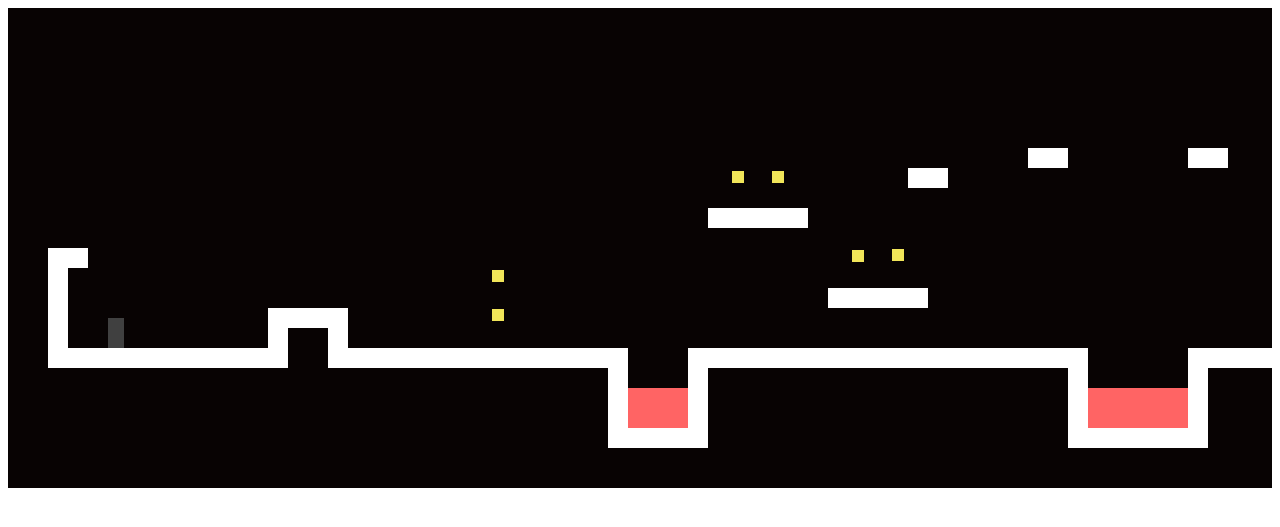
Repository: luccas-teddy/examenlucas
Page: index.html
These files come from the project's save history. The page is drawn as it stood at one moment and after the next save; the edit follows.
The browser window is 1280 px wide. The pictures show the whole page.

Above is the page before, as saved 2021-02-11 22:05:34.

### index.html
<!doctype html>
<script src="code/chapter/16_game.js"></script>
<script src="code/levels.js"></script>

<link rel="stylesheet" href="css/game.css">

<body>
  <script>
    runGame(GAME_LEVELS, DOMDisplay);
  </script>
</body>

### code/levels.js
var GAME_LEVELS = [`
................................................................................
................................................................................
................................................................................
................................................................................
................................................................................
................................................................................
..................................................................###...........
...................................................##......##....##+##..........
....................................o.o......##..................#+++#..........
.................................................................##+##..........
...................................#####..........................#v#...........
............................................................................##..
..##......................................o.o................................#..
..#.....................o....................................................#..
..#......................................#####.............................o.#..
..#..........####.......o....................................................#..
..#..@.......#..#................................................#####.......#..
..############..###############...####################.....#######...#########..
..............................#...#..................#.....#....................
..............................#+++#..................#+++++#....................
..............................#+++#..................#+++++#....................
..............................#####..................#######....................
................................................................................
................................................................................
`,`
................................................................................
................................................................................
....###############################.............................................
...##.............................##########################################....
...#.......................................................................##...
...#....o...................................................................#...
...#................................................=.......................#...
...#.o........################...................o..o...........|........o..#...
...#.........................#..............................................#...
...#....o....................##########.....###################....##########...
...#..................................#+++++#.................#....#............
...###############....oo......=o.o.o..#######.###############.#....#............
.....#...............o..o.............#.......#......#........#....#............
.....#....................#############..######.####.#.########....########.....
.....#.............########..............#...........#.#..................#.....
.....#..........####......####...#####################.#..................#.....
.....#........###............###.......................########....########.....
.....#.......##................#########################......#....#............
.....#.......#................................................#....#............
.....###......................................................#....#............
.......#...............o...........................................#............
.......#...............................................o...........#............
.......#########......###.....############.........................##...........
.............#..................#........#####....#######.o.........########....
.............#++++++++++++++++++#............#....#.....#..................#....
.............#++++++++++++++++++#..........###....###...####.o.............#....
.............####################..........#........#......#.....|.........#....
...........................................#++++++++#......####............#....
...........................................#++++++++#.........#........@...#....
...........................................#++++++++#.........##############....
...........................................##########...........................
................................................................................
`,`
......................................#++#........................#######....................................#+#..
......................................#++#.....................####.....####.................................#+#..
......................................#++##########...........##...........##................................#+#..
......................................##++++++++++##.........##.............##...............................#+#..
.......................................##########++#.........#....................................o...o...o..#+#..
................................................##+#.........#.....o...o....................................##+#..
.................................................#+#.........#................................###############++#..
.................................................#v#.........#.....#...#........................++++++++++++++##..
.............................................................##..|...|...|..##............#####################...
..............................................................##+++++++++++##............v........................
...............................................................####+++++####......................................
...............................................#.....#............#######........###.........###..................
...............................................#.....#...........................#.#.........#.#..................
...............................................#.....#.............................#.........#....................
...............................................#.....#.............................##........#....................
...............................................##....#.............................#.........#....................
...............................................#.....#......o..o.....#...#.........#.........#....................
...............#######........###...###........#.....#...............#...#.........#.........#....................
..............##.....##.........#...#..........#.....#.....######....#...#...#########.......#....................
.............##.......##........#.o.#..........#....##...............#...#...#...............#....................
.....@.......#.........#........#...#..........#.....#...............#...#...#...............#....................
....###......#.........#........#...#..........#.....#...............#...#####...######......#....................
....#.#......#.........#.......##.o.##.........#.....#...............#.....o.....#.#.........#....................
++++#.#++++++#.........#++++++##.....##++++++++##....#++++++++++.....#.....=.....#.#.........#....................
++++#.#++++++#.........#+++++##.......##########.....#+++++++##+.....#############.##..o.o..##....................
++++#.#++++++#.........#+++++#....o.................##++++++##.+....................##.....##.....................
++++#.#++++++#.........#+++++#.....................##++++++##..+.....................#######......................
++++#.#++++++#.........#+++++##.......##############++++++##...+..................................................
++++#.#++++++#.........#++++++#########++++++++++++++++++##....+..................................................
++++#.#++++++#.........#++++++++++++++++++++++++++++++++##.....+..................................................
`,`
..............................................................................................................
..............................................................................................................
..............................................................................................................
..............................................................................................................
..............................................................................................................
........................................o.....................................................................
..............................................................................................................
........................................#.....................................................................
........................................#.....................................................................
........................................#.....................................................................
........................................#.....................................................................
.......................................###....................................................................
.......................................#.#.................+++........+++..###................................
.......................................#.#.................+#+........+#+.....................................
.....................................###.###................#..........#......................................
......................................#...#.................#...oooo...#.......###............................
......................................#...#.................#..........#......#+++#...........................
......................................#...#.................############.......###............................
.....................................##...##......#...#......#................................................
......................................#...#########...########..............#.#...............................
......................................#...#...........#....................#+++#..............................
......................................#...#...........#.....................###...............................
.....................................##...##..........#.......................................................
......................................#...#=.=.=.=....#............###........................................
......................................#...#...........#...........#+++#.......................................
......................................#...#....=.=.=.=#.....o......###.......###..............................
.....................................##...##..........#.....................#+++#.............................
..............................o...o...#...#...........#.....#................##v........###...................
......................................#...#...........#..............#.................#+++#..................
.............................###.###.###.###.....o.o..#++++++++++++++#...................v#...................
.............................#.###.#.#.###.#..........#++++++++++++++#........................................
.............................#.............#...#######################........................................
.............................##...........##.........................................###......................
..###.........................#.....#.....#.........................................#+++#................###..
..#.#.........................#....###....#..........................................###.................#.#..
..#...........................#....###....#######........................#####.............................#..
..#...........................#...........#..............................#...#.............................#..
..#...........................##..........#..............................#.#.#.............................#..
..#.......................................#.......|####|....|####|.....###.###.............................#..
..#................###.............o.o....#..............................#.........###.....................#..
..#...............#####.......##..........#.............................###.......#+++#..........#.........#..
..#...............o###o.......#....###....#.............................#.#........###..........###........#..
..#................###........#############..#.oo.#....#.oo.#....#.oo..##.##....................###........#..
..#......@..........#.........#...........#++#....#++++#....#++++#....##...##....................#.........#..
..#############################...........#############################.....################################..
..............................................................................................................
..............................................................................................................
`,`
..................................................................................................###.#.......
......................................................................................................#.......
..................................................................................................#####.......
..................................................................................................#...........
..................................................................................................#.###.......
..........................o.......................................................................#.#.#.......
.............................................................................................o.o.o###.#.......
...................###................................................................................#.......
.......+..o..+................................................#####.#####.#####.#####.#####.#####.#####.......
.......#.....#................................................#...#.#...#.#...#.#...#.#...#.#...#.#...........
.......#=.o..#............#...................................###.#.###.#.###.#.###.#.###.#.###.#.#####.......
.......#.....#..................................................#.#...#.#...#.#...#.#...#.#...#.#.....#.......
.......+..o..+............o..................................####.#####.#####.#####.#####.#####.#######.......
..............................................................................................................
..........o..............###..............................##..................................................
..............................................................................................................
..............................................................................................................
......................................................##......................................................
...................###.........###............................................................................
..............................................................................................................
..........................o.....................................................#......#......................
..........................................................##.....##...........................................
.............###.........###.........###.................................#..................#.................
..............................................................................................................
.................................................................||...........................................
..###########.................................................................................................
..#.........#.o.#########.o.#########.o.##................................................#...................
..#.........#...#.......#...#.......#...#.................||..................#.....#.........................
..#..@......#####...o...#####...o...#####.....................................................................
..#######.....................................#####.......##.....##.....###...................................
........#=..................=................=#...#.....................###...................................
........#######################################...#+++++++++++++++++++++###+++++++++++++++++++++++++++++++++++
..................................................############################################################
..............................................................................................................
`];

if (typeof module != "undefined" && module.exports && (typeof window == "undefined" || window.exports != exports))
  module.exports = GAME_LEVELS;
if (typeof global != "undefined" && !global.GAME_LEVELS)
  global.GAME_LEVELS = GAME_LEVELS;

### css/game.css
.background    { background-color:rgb(8, 3, 3)
}

 .background     {background: rgb (55, 167, 250) rgb
                  background-image: url(bosque.jpg);
                  background-repeat: no-repeat;
                  background-size: cover ;
                   table-layout: fixed;
                   border-spacing: 0;   }

.background td   { padding: 0;   }
.lava            { background: rgb(255, 100, 100); }
.wall            { background: rgb(255, 255, 255);   }

.actor  { position: absolute;  }

.coin   { background: rgb(241, 229, 89); }
.player { background: rgb(64, 64, 64); }

.game {
  overflow: hidden;
  max-width: 1500px;
  max-height: 820px;
  position: relative;
}

.lost .player {
  background: rgb(160, 64, 64);
}
.won .player {
  box-shadow: -4px -7px 8px white, 4px -7px 8px white;
}

Loaded but not shown: code/chapter/16_game.js (359 lines, source omitted)

After the next save:
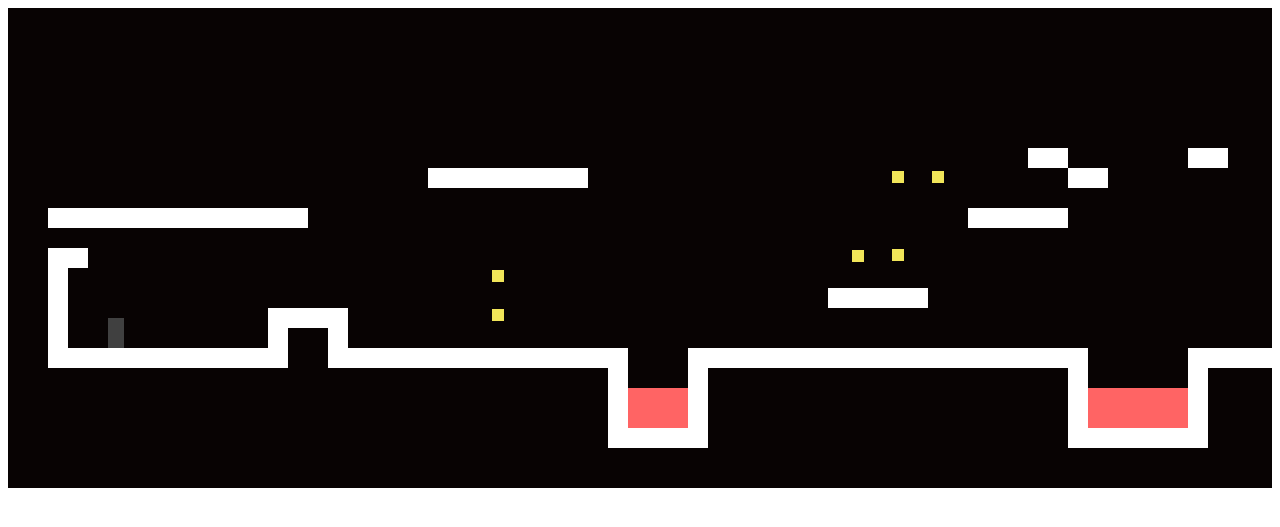
Saved 101 s later.
--- a/code/levels.js
+++ b/code/levels.js
@@ -7,9 +7,9 @@ var GAME_LEVELS = [`
 ................................................................................
 ..................................................................###...........
 ...................................................##......##....##+##..........
-....................................o.o......##..................#+++#..........
+.....................########...............o.o......##..................#+++#..
 .................................................................##+##..........
-...................................#####..........................#v#...........
+..#############.................................#####....................#v#....
 ............................................................................##..
 ..##......................................o.o................................#..
 ..#.....................o....................................................#..
